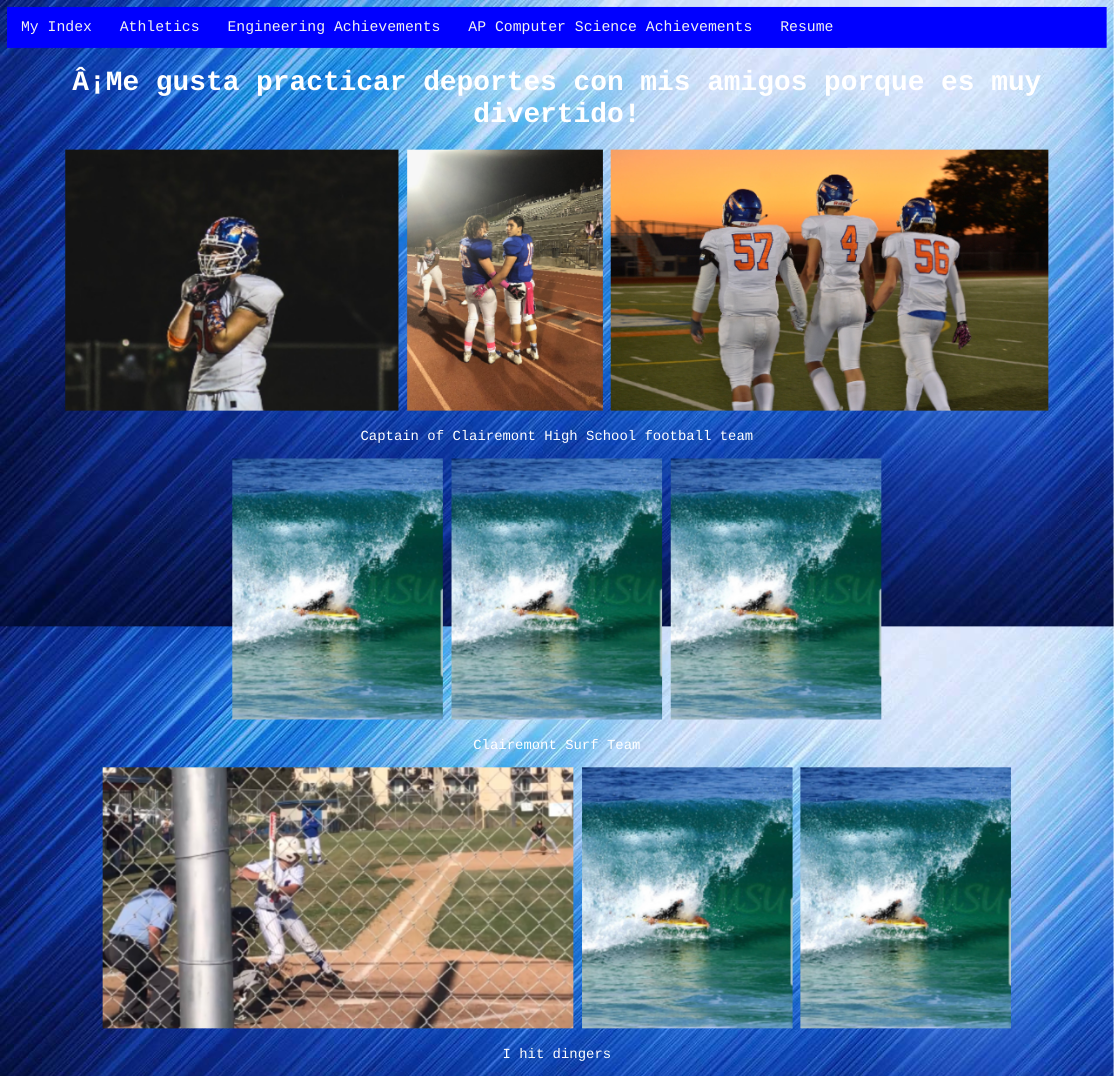
Repository: jacobsirois/jacobsirois.github.io
Page: athletics.html
The author's editor kept a record of every edit. The page is drawn from the files as they stood at one moment, then again after the next edit.
The browser window is 1280 px wide. The pictures show the whole page, at 87% of full size.
Backgrounds fixed to the window are drawn as part of the page.

Above is the page before.
Not found: index.css

### athletics.html
<html>
<head>
</head>
<body>

<title>
"About Me"
<meta charset="utf-8">
</title>
<link href="index.css" rel="stylesheet" type="text/css">
<meta name="viewport" content="width=device-width, initial-scale=1">
<link rel="stylesheet" href="https://cdnjs.cloudflare.com/ajax/libs/font-awesome/4.7.0/css/font-awesome.min.css">

<style>
body {
  font-family: courier;
}

.topnav {
  overflow: hidden;
  background-color: blue;
}

.topnav a {
  float: left;
  display: block;
  background-color: blue;
  color: #f2f2f2;
  text-align: center;
  padding: 14px 16px;
  text-decoration: none;
  font-size: 17px;
}

.topnav a:hover {
  background-color: #ddd;
  color: black;
}

.active {
  background-color: #ff66a3;
  color: white;
}

.topnav .icon {
  display: none;
}

@media screen and (max-width: 600px) {
  .topnav a:not(:first-child) {display: none;}
  .topnav a.icon {
    float: right;
    display: block;
  }
}

@media screen and (max-width: 600px) {
  .topnav.responsive {position: relative;}
  .topnav.responsive .icon {
    position: absolute;
    right: 0;
    top: 0;
  }
  .topnav.responsive a {
    float: none;
    display: block;
    text-align: left;
  }
}
</style>

<div class="topnav" id="myTopnav">
  <a href="index.html" class="active">My Index</a>
  <a href="athletics.html">Athletics</a>
  <a href="engineering.html">Engineering Achievements</a>
  <a href="compsci.html">AP Computer Science Achievements</a>
  <a href="resume.html">Resume</a>
  <a href="javascript:void(0);" class="icon" onclick="myFunction()">
    <i class="fa fa-bars"></i>
  </a>
</div>

<script>
function myFunction() {
    var x = document.getElementById("myTopnav");
    if (x.className === "topnav") {
        x.className += " responsive";
    } else {
        x.className = "topnav";
    }
}
</script>

<style>
body {
  background-image: url('anotha background.jpg');
  background-repeat: no-repeat;
  background-attachment: fixed;
  background-size: 100% 100%;
}
</style>
<center>
<h1 style="color:White;">¡Me gusta practicar deportes con mis amigos porque es muy divertido!</h1>

<img src="images/football.jpg" alt="my avatar">
<img src="images/aaaa.jpg" alt="my avatar">
<img src="images/aaaaa.jpg" alt="my avatar">
<p style="color:White;">Captain of Clairemont High School football team</p>
<img src="images/gnar.jpg" alt="my avatar">
<img src="images/gnar.jpg" alt="my avatar">
<img src="images/gnar.jpg" alt="my avatar">
<p style="color:White;">Clairemont Surf Team</p>
<img src="images/baseball.jpg" alt="my avatar">
<img src="images/gnar.jpg" alt="my avatar">
<img src="images/gnar.jpg" alt="my avatar">
<p style="color:White;">I hit dingers</p>
<center/>
</body>
</html>

After the next edit:
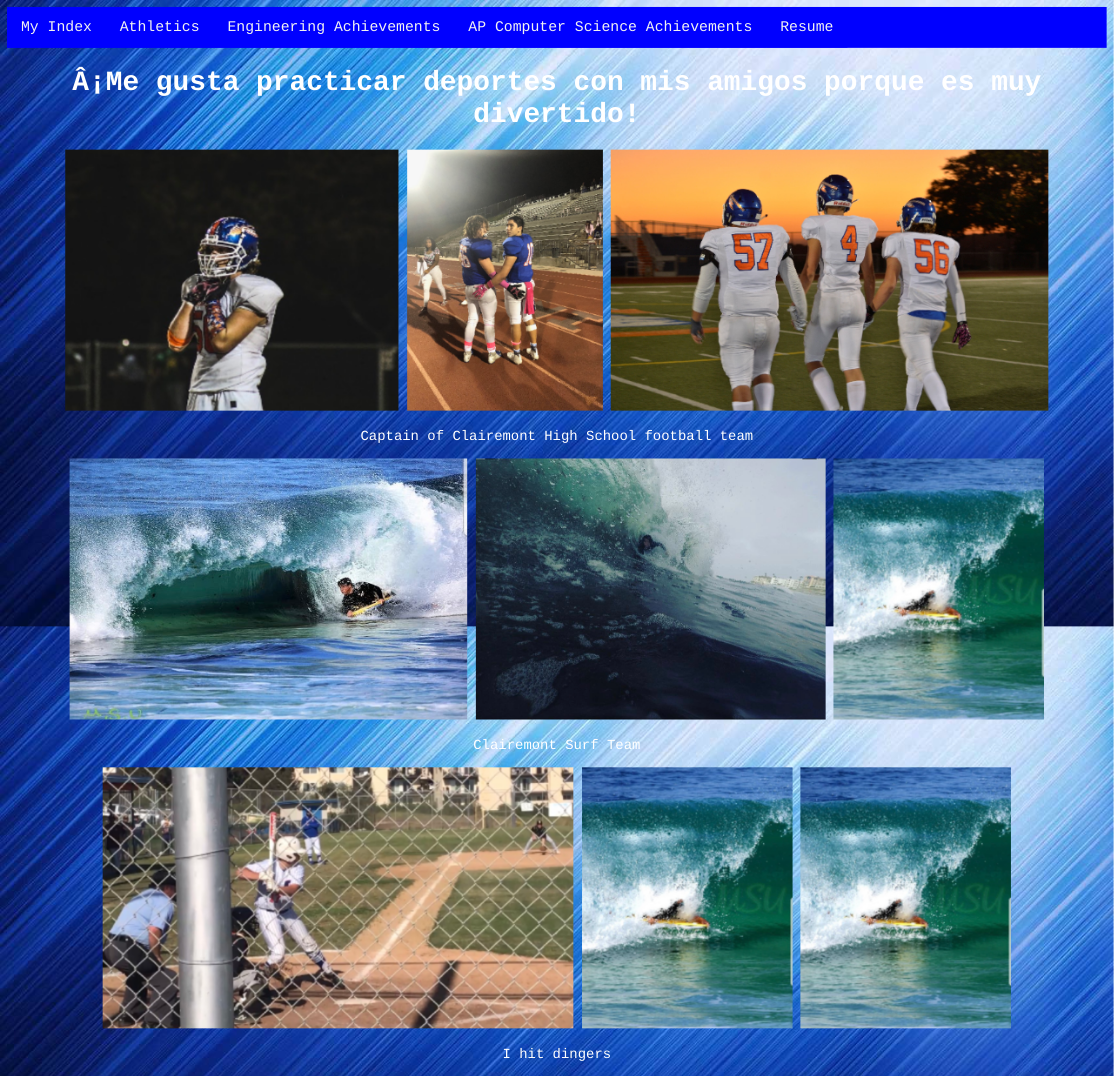
The edit:
--- a/athletics.html
+++ b/athletics.html
@@ -106,8 +106,8 @@
 <img src="images/aaaa.jpg" alt="my avatar">
 <img src="images/aaaaa.jpg" alt="my avatar">
 <p style="color:White;">Captain of Clairemont High School football team</p>
-<img src="images/gnar.jpg" alt="my avatar">
-<img src="images/gnar.jpg" alt="my avatar">
+<img src="images/ab.jpg" alt="my avatar">
+<img src="images/abb.jpg" alt="my avatar">
 <img src="images/gnar.jpg" alt="my avatar">
 <p style="color:White;">Clairemont Surf Team</p>
 <img src="images/baseball.jpg" alt="my avatar">
